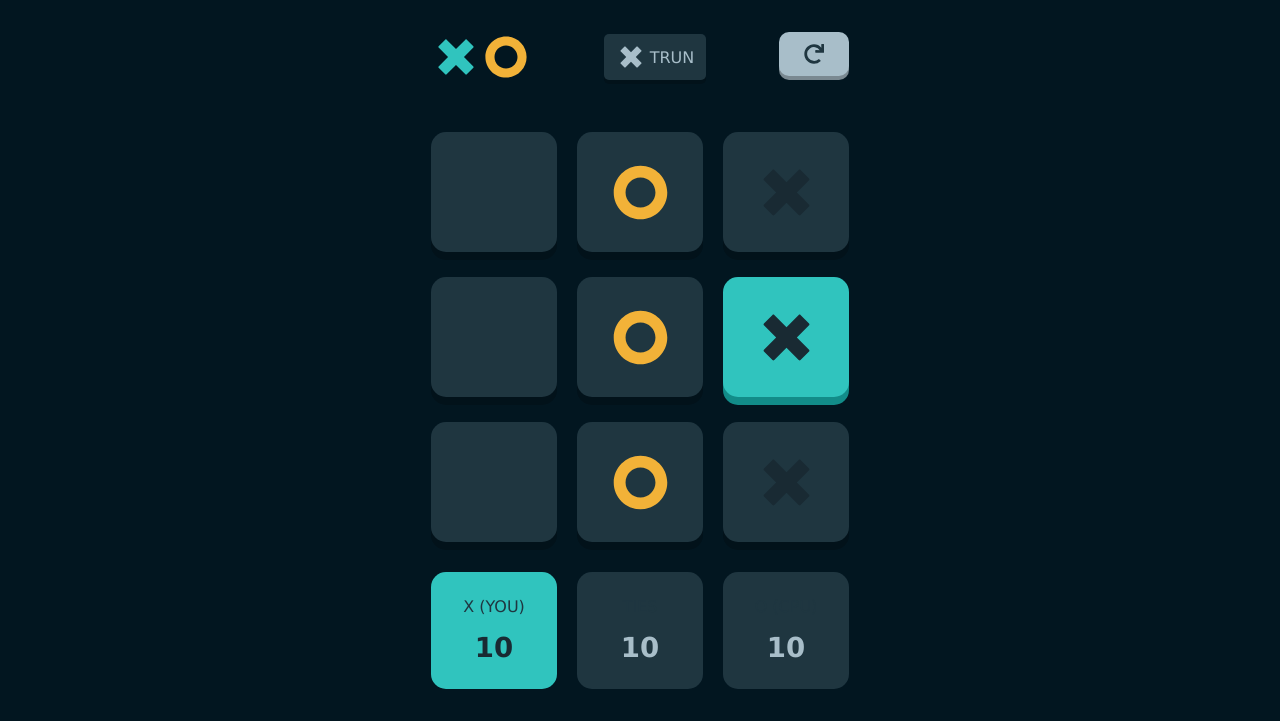
Repository: SD-Mdouka/XO_GAME
Page: /
An editor plug-in stored every save of this project. The page is shown before and after the next save, followed by the edit.
The browser window is 1280 px wide. The pictures show the whole page.
The project was rebuilt for these pictures with package versions that can differ from the ones it lists, and the page was loaded fresh each time. Also part of the build but not shown: src/component/start/Start.js.

Above is the page before, as saved 2022-08-29 17:07:23.

### src/index.css
* {
    padding: 0;
    margin: 0;
    box-sizing: border-box;
}

:root {
    --color-bg-dark: #192a33;
    --color-bg-light: #1f3640;
    --color-gray: #a8bec9;
    --color-gray-dark: #7a8991;
    --color-yellow: #f2b238;
    --color-yellow-dark: #cd8d16;
    --color-blue: #30c4be;
    --color-blue-dark: #128c89;
    --shadow-y: 6px;
}

html {
    font-family: "Lucida Sans", "Lucida Sans Regular", "Lucida Grande", "Lucida Sans Unicode", Geneva, Verdana, sans-serif;
    text-transform: uppercase;
    font-size: 16px;
}

body {
    background-color: var(--color-bg-dark);
    color: var(--color-gray);
}

.App {
    background-color: #021620;
    min-height: 100vh;
    display: flex;
    align-items: center;
    justify-content: center;
}

.container {
    max-width: 450px;
    width: 100%;
    margin-inline: auto;
    padding: 2rem 1rem;
}


/*utilites*/

.card {
    padding: 25px;
    display: flex;
    flex-direction: column;
    gap: 25px;
    border-radius: 15px;
    background-color: var(--color-bg-light);
    -webkit-border-radius: 15px;
    -moz-border-radius: 15px;
    -ms-border-radius: 15px;
    -o-border-radius: 15px;
    text-align: center;
}

.text-lg {
    font-size: 1.25rem;
}

.text-xl {
    font-size: 1.5rem;
}

.text-2xl {
    font-size: 1.725rem;
}

.text-light {
    color: var(--color-gray);
}

.text-blue {
    color: var(--color-blue);
}

.text-yellow {
    color: var(--color-yellow);
}

.bg-blue {
    background-color: var(--color-blue);
    color: var(--color-bg-dark);
}

.bg-blue.text-light,
.bg-blue .text-light,
.bg-yellow.text-light,
.bg-yellow .text-light,
.bg-light .text-light,
.bg-light.text-light {
    color: var(--color-bg-light);
}

.btn {
    background-color: var(--color-gray);
    border: none;
    font-size: 1.125rem;
    font-weight: bold;
    padding: 12px 25px;
    text-transform: uppercase;
    cursor: pointer;
    border-radius: 10px;
    -webkit-border-radius: 10px;
    -moz-border-radius: 10px;
    -ms-border-radius: 10px;
    -o-border-radius: 10px;
    color: var(--color-bg-light);
    display: inline-block;
    box-shadow: 0 var(--shadow-y) 0 var(--color-gray-dark);
    margin-bottom: 6px;
    transition: all 0.2s;
    -webkit-transition: all 0.2s;
    -moz-transition: all 0.2s;
    -ms-transition: all 0.2s;
    -o-transition: all 0.2s;
}

.btn:hover {
    --shadow-y: 8px;
    transform: translateY(-2px);
    -webkit-transform: translateY(-2px);
    -moz-transform: translateY(-2px);
    -ms-transform: translateY(-2px);
    -o-transform: translateY(-2px);
}

.btn:active {
    --shadow-y: 4px;
    transform: translateY(2px);
    -webkit-transform: translateY(2px);
    -moz-transform: translateY(2px);
    -ms-transform: translateY(2px);
    -o-transform: translateY(2px);
}

.btn-yellow {
    background-color: var(--color-yellow);
    box-shadow: 0 var(--shadow-y) 0 var(--color-yellow-dark);
}

.btn-blue {
    background-color: var(--color-blue);
    box-shadow: 0 var(--shadow-y) 0 var(--color-blue-dark);
}

.btn-sm {
    --shadow-y: 4px;
}

.btn-sm:hover {
    --shadow-y: 6px;
}

.btn-sm:active {
    --shadow-y: 3px;
}

.shadow-gray {
    box-shadow: 0 8px 0 rgba(0, 0, 0, 0.2);
}

.shadow-blue {
    box-shadow: 0 8px 0 var(--color-blue-dark);
}

.shadow-yellow {
    box-shadow: 0 8px 0 var(--color-yellow-dark);
}


/* icons */

.icon {
    display: inline-block;
}

.icon svg {
    fill: var(--color-gray);
    height: 50px;
    width: 50px;
    vertical-align: middle;
}

.icon-sm svg {
    height: 30px;
    width: 30px;
}

.icon-lg svg {
    height: 65px;
    width: 65px;
}

.icon-yellow svg {
    fill: var(--color-yellow);
}

.icon-blue svg {
    fill: var(--color-blue);
}

.icon-dark svg {
    fill: var(--color-bg-dark);
}


/* Sarte */

.start {
    display: flex;
    flex-direction: column;
    gap: 25px;
}

.start__header {
    display: flex;
    align-items: center;
    justify-content: center;
}

.start__players {
    background-color: var(--color-bg-dark);
    padding: 10px;
    border-radius: 15px;
    -webkit-border-radius: 15px;
    -moz-border-radius: 15px;
    -ms-border-radius: 15px;
    -o-border-radius: 15px;
    display: flex;
    align-items: center;
    box-shadow: inset 0 0 8px rgba(0, 0, 0, 0.2);
}

.start__players span {
    width: 50%;
    display: flex;
    align-items: center;
    justify-content: center;
    padding: 15px 10px;
    border-radius: 10px;
    -webkit-border-radius: 10px;
    -moz-border-radius: 10px;
    -ms-border-radius: 10px;
    -o-border-radius: 10px;
    cursor: pointer;
}

.start__players--active {
    background-color: var(--color-gray);
    box-shadow: 0 0 8px rgba(255, 255, 255, 0.2);
}

.start__btns {
    display: flex;
    flex-direction: column;
    gap: 12px;
}


/* board */

.board__header {
    display: flex;
    justify-content: space-between;
    align-items: center;
    margin-bottom: 50px;
}

.board__turn {
    border-radius: 5px;
    background-color: var(--color-bg-light);
    -webkit-border-radius: 5px;
    -moz-border-radius: 5px;
    -ms-border-radius: 5px;
    -o-border-radius: 5px;
    padding: 8px 12px;
    align-items: center;
    display: flex;
    gap: 4px;
    box-shadow: 0 4px 0 rgba(0, 0, 0, 0.2);
}

.board__restart svg {
    height: 20px;
    display: flex;
    align-items: center;
    transform-origin: center;
    transition: all 0.3s;
    -webkit-transition: all 0.3s;
    -moz-transition: all 0.3s;
    -ms-transition: all 0.3s;
    -o-transition: all 0.3s;
}

.board__restart:active svg {
    transform: rotate(180deg);
    -webkit-transform: rotate(180deg);
    -moz-transform: rotate(180deg);
    -ms-transform: rotate(180deg);
    -o-transform: rotate(180deg);
}

.board__body {
    display: grid;
    grid-template-columns: repeat(3, 1fr);
    gap: 25px 20px;
}

.board__body .card {
    height: 120px;
    display: flex;
    align-items: center;
    justify-content: center;
    cursor: pointer;
    padding-inline: 10px;
}

.board__body .active.shadow-blue {
    background-color: var(--color-blue);
}

.board__body .active.shadow-yellow {
    background-color: var(--color-yellow);
}

.board__body .active.shadow-dark {
    background-color: var(--color-bg-dark);
}

.board__footer {
    margin-top: 30px;
    display: grid;
    grid-template-columns: repeat(3, 1fr);
    gap: 20px;
}

.board__footer .card {
    gap: 15px;
}

### src/App.js
import Board from "./component/board/Board";
import Start from "./component/start/Start";

function App() {
  return (
    <div className="App">
      <div className="container">
        {/* <Start /> */}
        <Board />
      </div>
    </div>
  );
}

export default App;

### src/component/board/Board.js
import React from "react";
import Xicons from "../icons/Xicons";
import Oicons from "../icons/Oicons";
import Refrsh from "../icons/Refrsh";
import BorardCard from "./BorardCard";

const Board = () => {
  const squars = [" ", "o", "x", " ", "o", "x", " ", "o", "x"];
  return (
    <div className="board">
      <div className="board__header">
        <div>
          <Xicons />
          <Oicons />
        </div>
        <div className="board__turn">
          <Xicons color={"ligth"} size="sm" /> trun
        </div>
        <div>
          <button className="btn btn-sm board__restart">
            <Refrsh />
          </button>
        </div>
      </div>
      <div className="board__body">
        {squars.map((sq, ix) => (
          <BorardCard key={ix} index={ix} user={sq} active={ix === 5} />
        ))}
      </div>
      <div className="board__footer">
        <div className="card bg-blue">
          <p className="text-light">x (you)</p>
          <strong className="text-2xl">10</strong>
        </div>
        <div className="card bg-light">
          <p className="text-light">ties</p>
          <strong className="text-2xl">10</strong>
        </div>
        <div className="card bg-yellow">
          <p className="text-light">o (cpu)</p>
          <strong className="text-2xl">10</strong>
        </div>
      </div>
    </div>
  );
};

export default Board;

### src/component/icons/Xicons.js
import React from "react";

const Xicon = ({ color, size }) => {
  return (
    <div
      className={`icon ${color ? "icon-" + color : "icon-blue"} ${
        size && "icon-" + size
      }`}
    >
      <svg
        version="1.1"
        id="Layer_1"
        x="0px"
        y="0px"
        width="100px"
        height="100px"
        viewBox="0 0 100 100"
      >
        <path
          d="M84.707,68.752L65.951,49.998l18.75-18.752c0.777-0.777,0.777-2.036,0-2.813L71.566,15.295
	c-0.777-0.777-2.037-0.777-2.814,0L49.999,34.047l-18.75-18.752c-0.746-0.747-2.067-0.747-2.814,0L15.297,28.431
	c-0.373,0.373-0.583,0.88-0.583,1.407c0,0.527,0.21,1.034,0.583,1.407L34.05,49.998L15.294,68.753
	c-0.373,0.374-0.583,0.88-0.583,1.407c0,0.528,0.21,1.035,0.583,1.407l13.136,13.137c0.373,0.373,0.881,0.583,1.41,0.583
	c0.525,0,1.031-0.21,1.404-0.583l18.755-18.755l18.756,18.754c0.389,0.388,0.896,0.583,1.407,0.583c0.511,0,1.019-0.195,1.408-0.583
	l13.138-13.137C85.484,70.789,85.484,69.53,84.707,68.752z"
        />
      </svg>
    </div>
  );
};

export default Xicon;

### src/component/icons/Oicons.js
import React from "react";

const Oicon = ({ color, size }) => {
  return (
    <div
      className={`icon ${color ? "icon-" + color : "icon-yellow"} ${
        size && "icon-" + size
      }`}
    >
      <svg
        version="1.1"
        id="Layer_1"
        x="0px"
        y="0px"
        viewBox="-169 -35 100 100"
      >
        <g>
          <path
            d="M-119,56.2c-22.7,0-41.2-18.5-41.2-41.2s18.5-41.2,41.2-41.2c22.7,0,41.2,18.5,41.2,41.2S-96.3,56.2-119,56.2z M-119-8
		c-12.7,0-23,10.3-23,23c0,12.7,10.3,23,23,23s23-10.3,23-23C-96,2.3-106.3-8-119-8z"
          />
        </g>
      </svg>
    </div>
  );
};

export default Oicon;

### src/component/icons/Refrsh.js
import React from "react";

const Refrsh = () => {
  return (
    <svg
      aria-hidden="true"
      focusable="false"
      data-prefix="fas"
      data-icon="redo"
      role="img"
      xmlns="http://www.w3.org/2000/svg"
      viewBox="0 0 512 512"
    >
      <path
        fill="currentColor"
        d="M500.33 0h-47.41a12 12 0 0 0-12 12.57l4 82.76A247.42 247.42 0 0 0 256 8C119.34 8 7.9 119.53 8 256.19 8.1 393.07 119.1 504 256 504a247.1 247.1 0 0 0 166.18-63.91 12 12 0 0 0 .48-17.43l-34-34a12 12 0 0 0-16.38-.55A176 176 0 1 1 402.1 157.8l-101.53-4.87a12 12 0 0 0-12.57 12v47.41a12 12 0 0 0 12 12h200.33a12 12 0 0 0 12-12V12a12 12 0 0 0-12-12z"
      ></path>
    </svg>
  );
};

export default Refrsh;

### src/component/board/BorardCard.js
import React from "react";
import Xicons from "../icons/Xicons";
import Oicons from "../icons/Oicons";

const BorardCard = ({ user = "nouser", active, index }) => {
  return (
    <div
      className={`card
      ${active && user === "x" && "shadow-blue"}
    ${active && user === "o" && "shadow-yellow"}
    ${!active ? "shadow-gray" : "active"}
    `}
    >
      {user === "x" && <Xicons color={"dark"} size="lg" />}
      {user === "o" && <Oicons size="lg" />}
    </div>
  );
};

export default BorardCard;

Loaded but not shown: public/index.html (common file); src/index.js (common file)

After the next save:
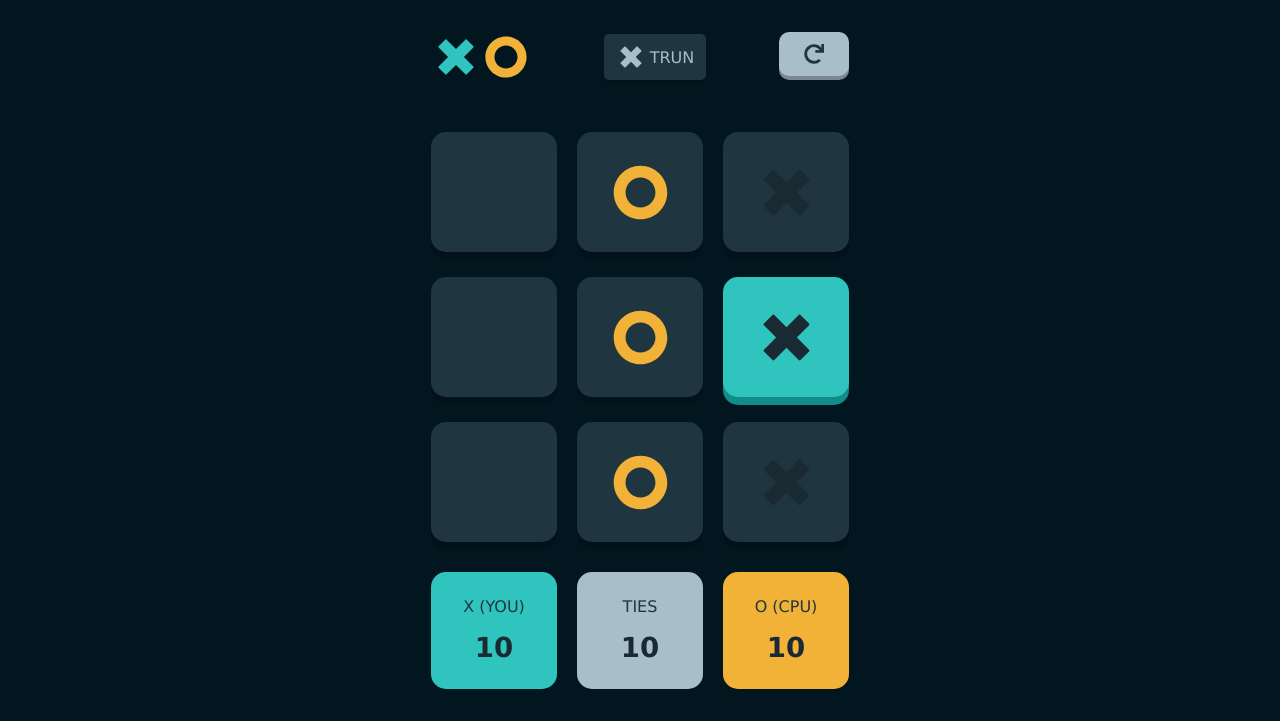
Saved 4 min 37 s later.
--- a/src/index.css
+++ b/src/index.css
@@ -85,6 +85,16 @@ body {
 
 .bg-blue {
     background-color: var(--color-blue);
+    color: var(--color-bg-dark);
+}
+
+.bg-yellow {
+    background-color: var(--color-yellow);
+    color: var(--color-bg-dark);
+}
+
+.bg-light {
+    background-color: var(--color-gray);
     color: var(--color-bg-dark);
 }
 
